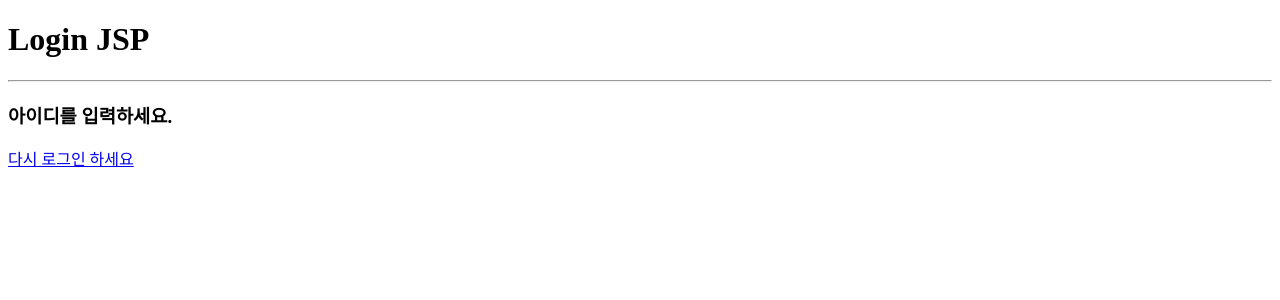
Repository: jsb5589/JAVAStudy
Page: http://localhost/JSP02/login4.jsp
An editor plug-in stored every save of this project. The page is shown before and after the next save, followed by the edit.
The browser window is 1280 px wide. The pictures show the whole page.
The page is served by Tomcat 9. Other server files are loaded and not shown.

Above is the page before, as saved 2021-08-09 06:50:35.

### EZWebs/JSP02/src/main/webapp/login4.jsp
<%@ page language="java" contentType="text/html; charset=UTF-8"
    pageEncoding="UTF-8"%>

<%
	request.setCharacterEncoding("utf-8");
	String userid = request.getParameter("userid");
	String userpw = request.getParameter("userpw");
%>
<!DOCTYPE html>
<html>
<head>
<meta charset="UTF-8">
<title>Login JSP</title>
</head>
<body>
	<h1>Login JSP</h1>
	<hr>
	<%if(userid == null || userid.length() == 0) {%>
	<h3>아이디를 입력하세요.</h3>
	<a href="login2.html">다시 로그인 하세요</a>
	<%} else {
				if(userid.equals("manager")){
	%>
	<h2>매니저로 로그인 했습니다.</h2>
	<form>
		<input type='button' value='정보수정'/>
		<input type='button' value='정보삭제'/>
	</form>
	<%
		}
		else{
	%>
	<h3>환영합니다.</h3>
	<h3><%=userid%>님</h3>
	<%}
		}%>
</body>
</html>

After the next save:
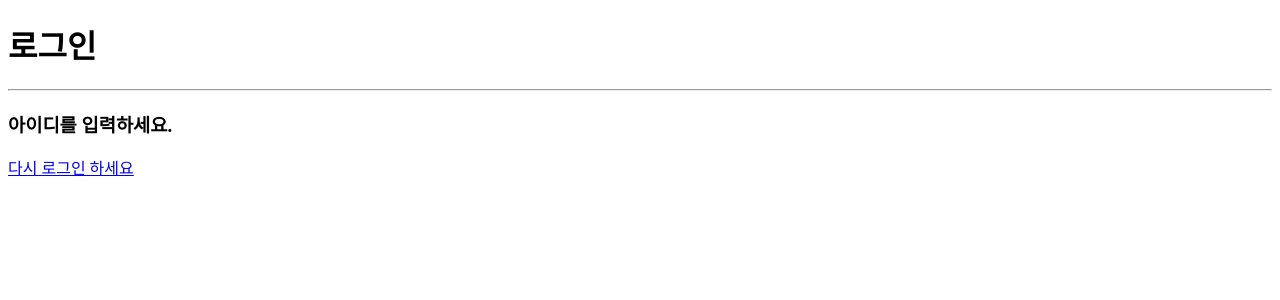
Saved 34 s later.
--- a/EZWebs/JSP02/src/main/webapp/login4.jsp
+++ b/EZWebs/JSP02/src/main/webapp/login4.jsp
@@ -13,7 +13,7 @@
 <title>Login JSP</title>
 </head>
 <body>
-	<h1>Login JSP</h1>
+	<h1>로그인</h1>
 	<hr>
 	<%if(userid == null || userid.length() == 0) {%>
 	<h3>아이디를 입력하세요.</h3>
